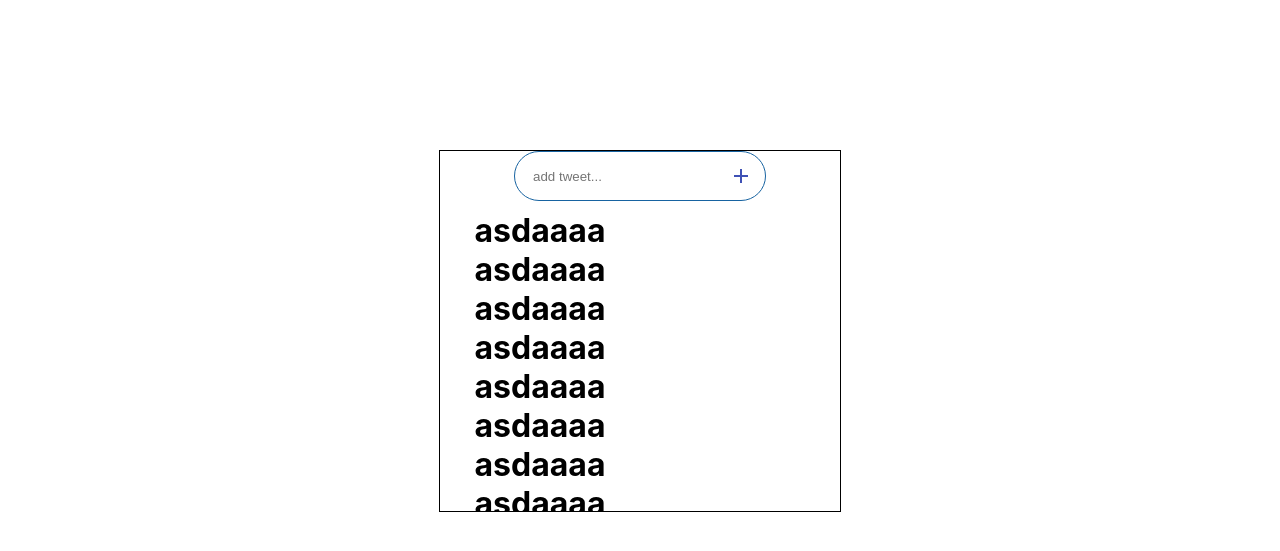
Repository: ehabmelhem/FullStack_Tweetapp
Page: /tweet (app in tweet-app-demo/)
An editor plug-in stored every save of this project. The page is shown before and after the next save, followed by the edit.
The browser window is 1280 px wide. The pictures show the whole page.
The project was rebuilt for these pictures with package versions that can differ from the ones it lists, and the page was loaded fresh each time. A package was used in the major version that the imports need, not the one package.json lists. Also part of the build but not shown: tweet-app-demo/src/Componets/Gotweet.js, tweet-app-demo/src/Componets/Login.css, tweet-app-demo/src/Componets/Login.js, tweet-app-demo/src/Componets/SignUp.css, tweet-app-demo/src/Componets/SignUp.js.

Above is the page before, as saved 2021-01-28 20:02:23.

### tweet-app-demo/src/App.js
import "./App.css";
import { useEffect, useState } from "react";
import { BrowserRouter as Router, Switch, Route, Link } from "react-router-dom";
import Login from "./Componets/Login";
import SignUp from "./Componets/SignUp";
import Tweet from "./Componets/Tweet";

function App() {
  return (
    <Router>
      <div className="app">
        <Switch>
          <Route path="/tweet">
            <Tweet />
          </Route>
          <Route path="/login">
            <Login />
          </Route>
          <Route path="/signup">
            <SignUp />
          </Route>
          <Route path="/">
            <Link to="/login">
              <button>Login</button>
            </Link>
            <Link to="/signup">
              <button>SignUp</button>
            </Link>
          </Route>
        </Switch>
      </div>
    </Router>
  );
}

export default App;

### tweet-app-demo/src/App.css
.app {
  position: relative;
  top: 150px;
  width: fit-content;
  margin: 0 auto;
}

### tweet-app-demo/src/Componets/Tweet.js
import React from "react";
import "./Tweet.css";
import IconButton from "@material-ui/core/IconButton";
import AddIcon from "@material-ui/icons/Add";
function Tweet() {
  return (
    <div className="tweet">
      <form className="tweet__form">
        <input placeholder="add tweet..." type="text" name="" id="" />
        <IconButton color="primary">
          <AddIcon />
        </IconButton>
      </form>
      <div className="container">
        <h1>asdaaaa</h1>
        <h1>asdaaaa</h1>
        <h1>asdaaaa</h1>
        <h1>asdaaaa</h1>
        <h1>asdaaaa</h1>
        <h1>asdaaaa</h1>
        <h1>asdaaaa</h1>
        <h1>asdaaaa</h1>
        <h1>asdaaaa</h1>
        <h1>asdaaaa</h1>
        <h1>asdaaaa</h1>
        <h1>asdaaaa</h1>
        <h1>asdaaaa</h1>
        <h1>asdaaaa</h1>
        <h1>asdaaaa</h1>
        <h1>asdaaaa</h1>
        <h1>asdaaaa</h1>
        <h1>asdaaaa</h1>
        <h1>asdaaaa</h1>
        <h1>asdaaaa</h1>
        <h1>asdaaaa</h1>
        <h1>asdaaaa</h1>
        <h1>asdaaaa</h1>
        <h1>asdaaaa</h1>
        <h1>asdaaaa</h1>
        <h1>asdaaaa</h1>
        <h1>asdaaaa</h1>
        <h1>asdaaaa</h1>
        <h1>asdaaaa</h1>
        <h1>asdaaaa</h1>
        <h1>asdaaaa</h1>
        <h1>asdaaaa</h1>
        <h1>asdaaaa</h1>
        <h1>asdaaaa</h1>
        <h1>asdaaaa</h1>
        <h1>asdaaaa</h1>
        <h1>asdaaaa</h1>
        <h1>asdaaaa</h1>
        <h1>asdaaaa</h1>
        <h1>asdaaaa</h1>
        <h1>asdaaaa</h1>
        <h1>asdaaaa</h1>
        <h1>asdaaaa</h1>
        <h1>asdaaaa</h1>
        <h1>asdaaaa</h1>
      </div>
    </div>
  );
}

export default Tweet;

### tweet-app-demo/src/Componets/Tweet.css
.tweet__form {
  margin: 0 auto;
  width: fit-content;
  display: flex;
  align-items: center;
  border: 1px solid rgb(23, 99, 161);
  border-radius: 999px;
}
.tweet__form > input {
  margin-left: 11px;
  padding: 7px;
  outline: none;
  border: none;
}
.tweet {
  width: 400px;
  border: 1px solid black;
}
/* Hide scrollbar for Chrome, Safari and Opera */

.container::-webkit-scrollbar-track {
  box-shadow: inset 0 0 6px rgba(13, 132, 230, 0.76);
  border-radius: 999px;
}
.container::-webkit-scrollbar {
  width: 10px;
}
.container::-webkit-scrollbar-thumb {
  background-color: rgb(37, 156, 235);
  border-radius: 999px;
}
.container::-webkit-scrollbar-thumb:hover {
  background-color: black;
}
.container {
  margin: 0 auto;
  margin-top: 10px;
  overflow: scroll;
  scroll-behavior: smooth;
  overflow-x: hidden; /* Hide horizontal scrollbar */
  height: 300px;
  width: fit-content;
  padding-right: 200px;
}

Loaded but not shown: tweet-app-demo/public/index.html (common file); tweet-app-demo/src/index.js (common file); tweet-app-demo/src/index.css (common file); tweet-app-demo/src/reportWebVitals.js (common file)

After the next save:
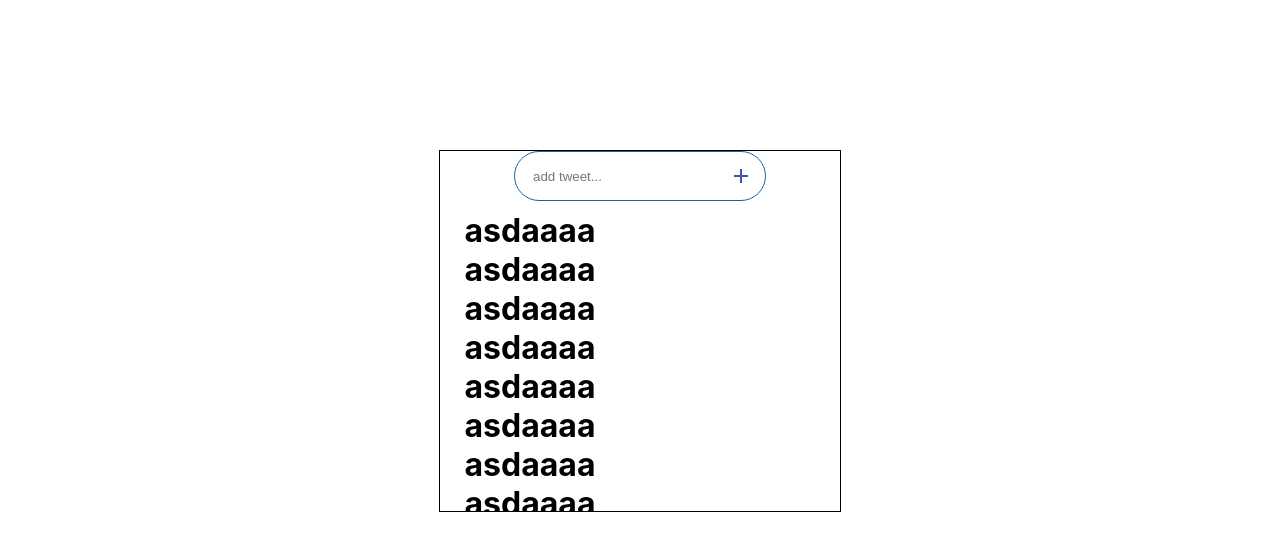
Saved 4 s later.
--- a/tweet-app-demo/src/Componets/Tweet.css
+++ b/tweet-app-demo/src/Componets/Tweet.css
@@ -40,5 +40,5 @@
   overflow-x: hidden; /* Hide horizontal scrollbar */
   height: 300px;
   width: fit-content;
-  padding-right: 200px;
+  padding-right: 220px;
 }
